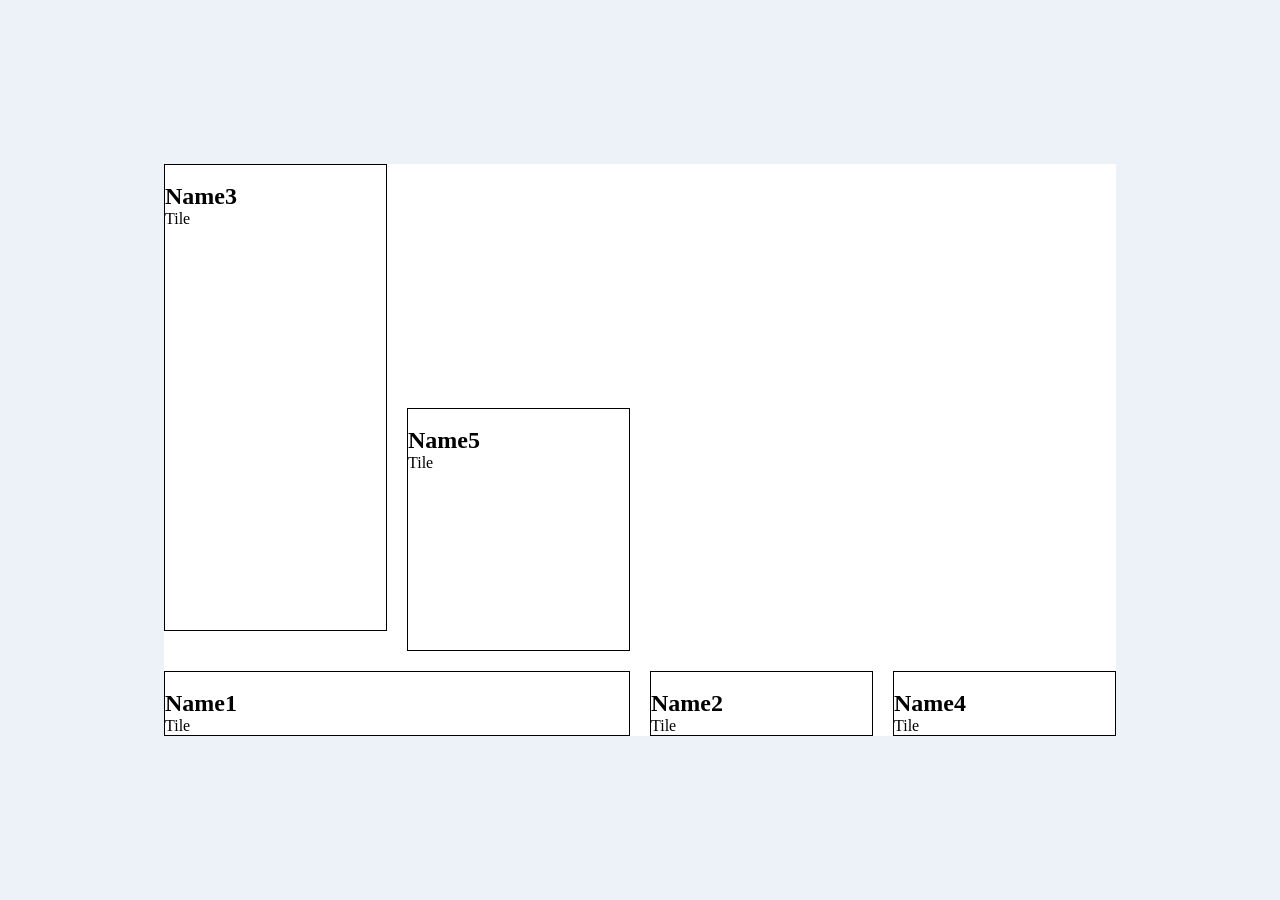
Repository: brandontaylor1/testimonial-card
Page: index.html
The author's editor kept a copy of each file at every save. The page is drawn from the files as they stood at one save, then again after the next save.
The browser window is 1280 px wide. The pictures show the whole page.

Above is the page before, as saved 2025-01-10 22:53:30.

After the next save:
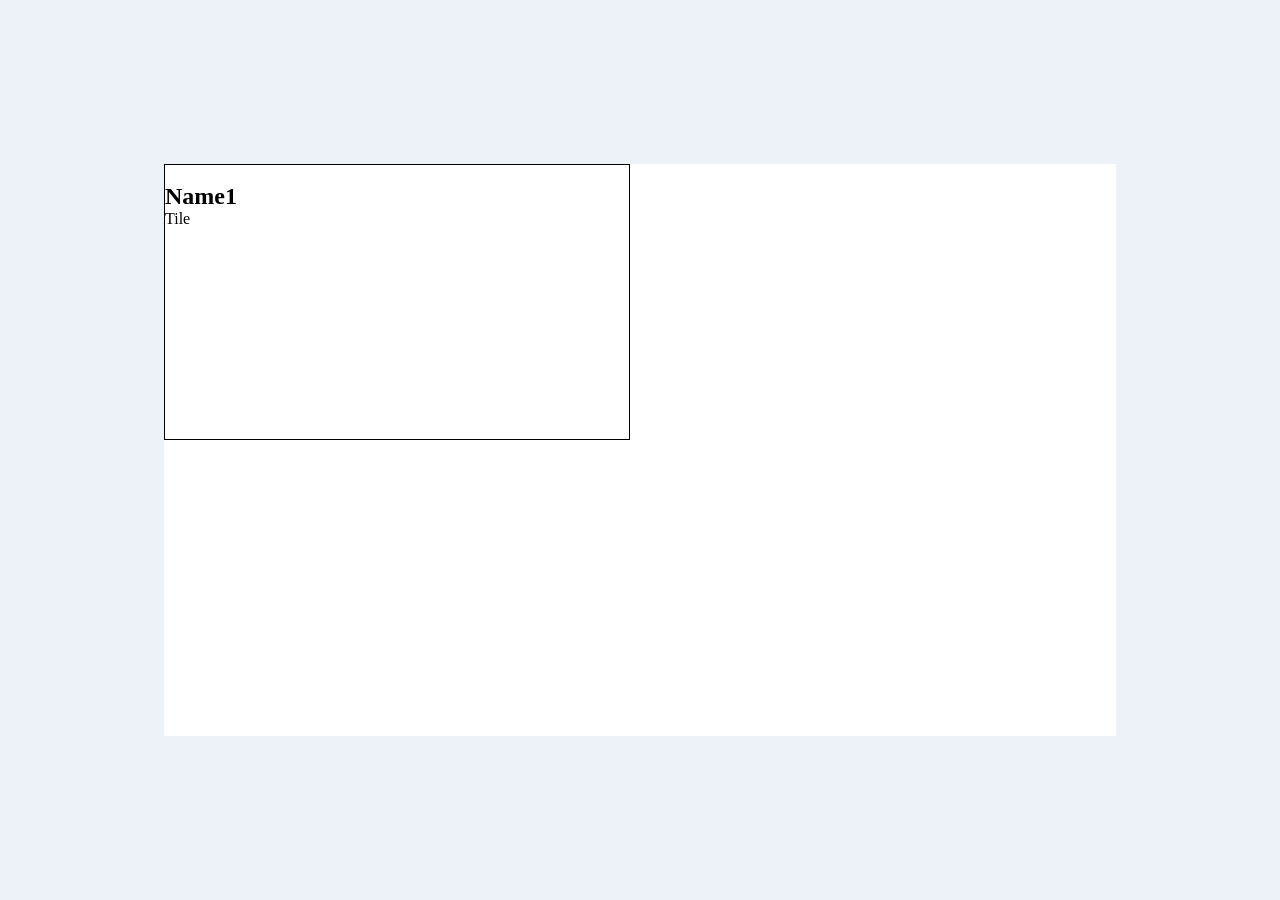
Saved 3 min 0 s later.
--- a/index.html
+++ b/index.html
@@ -23,50 +23,8 @@
                 <h1 class="card-heading"></h1>
                 <h2 class="card-subheading"></h2>
             </div>
-            <div class="card">
-                <div class="profile-content">
-                    <img src="" alt="" class="profile-img">
-                    <div class="profile-text">
-                        <h2>Name2</h2>
-                        <p>Tile</p>
-                    </div>
-                </div>
-                <h1 class="card-heading"></h1>
-                <h2 class="card-subheading"></h2>
-            </div>
-            <div class="card" id="card-3">
-                <div class="profile-content">
-                    <img src="" alt="" class="profile-img">
-                    <div class="profile-text">
-                        <h2>Name3</h2>
-                        <p>Tile</p>
-                    </div>
-                </div>
-                <h1 class="card-heading"></h1>
-                <h2 class="card-subheading"></h2>
-            </div>
-            <div class="card">
-                <div class="profile-content">
-                    <img src="" alt="" class="profile-img">
-                    <div class="profile-text">
-                        <h2>Name4</h2>
-                        <p>Tile</p>
-                    </div>
-                </div>
-                <h1 class="card-heading"></h1>
-                <h2 class="card-subheading"></h2>
-            </div>
-            <div class="card" id="card-5">
-                <div class="profile-content">
-                    <img src="" alt="" class="profile-img">
-                    <div class="profile-text">
-                        <h2>Name5</h2>
-                        <p>Tile</p>
-                    </div>
-                </div>
-                <h1 class="card-heading"></h1>
-                <h2 class="card-subheading"></h2>
-            </div>
+
+
         </main>
     </section>
 </body>
